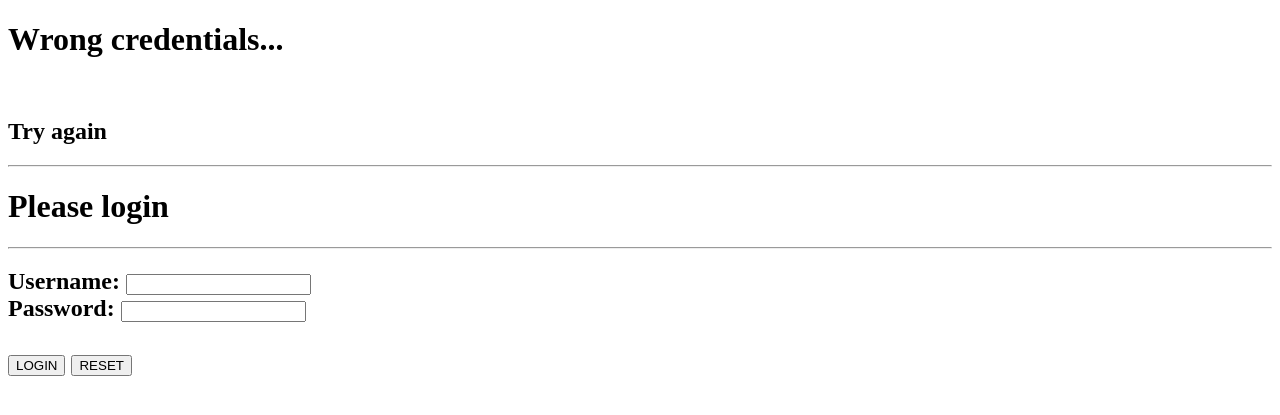
Repository: adityaram1987/git-repos
Page: http://localhost/AssignmentWebPage/validating
The author's editor kept a copy of each file at every save. The page is drawn from the files as they stood at one save, then again after the next save.
The browser window is 1280 px wide. The pictures show the whole page.
The page is served by Tomcat 9. Other server files are loaded and not shown. Queries for data that is not in the repository find no rows.

Above is the page before, as saved 2019-07-10 11:56:58.

### eclipse-workspace/AssignmentWebPage/WebContent/relogin.jsp
<%@ page language="java" contentType="text/html; charset=ISO-8859-1"
    pageEncoding="ISO-8859-1"%>
<!DOCTYPE html PUBLIC "-//W3C//DTD HTML 4.01 Transitional//EN" "http://www.w3.org/TR/html4/loose.dtd">
<html>
<head>
<meta http-equiv="Content-Type" content="text/html; charset=ISO-8859-1">
<title>Insert title here</title>
</head>
<body>
<h1> Wrong credentials...</h1><br>
<h2>Try again</h2>
<hr>
<%@include file="login.html" %>
</body>
</html>

### eclipse-workspace/AssignmentWebPage/WebContent/login.html
<!DOCTYPE html>
<html>
<head>
<meta charset="ISO-8859-1">
<title>Insert title here</title>
</head>
<body>
<h1>Please login</h1>
<hr>
<form action="validating" method="post">
<h2>
Username: <input type= "text" name="t1"><br>
Password: <input type= "password" name="t2"><br><br>
<input type="submit" name="b1" value="LOGIN">
<input type="reset" name="b2" value="RESET">
</h2>
</form>
</body>
</html>

### eclipse-workspace/AssignmentWebPage/src/com/VerifyServlet.java
package com;

import java.io.IOException;

import javax.servlet.RequestDispatcher;
import javax.servlet.ServletException;
import javax.servlet.http.HttpServlet;
import javax.servlet.http.HttpServletRequest;
import javax.servlet.http.HttpServletResponse;


public class VerifyServlet extends HttpServlet {
	private static final long serialVersionUID = 1L;


    public VerifyServlet() {
        super();
    }

	protected void doGet(HttpServletRequest request, HttpServletResponse response) throws ServletException, IOException {
		String name= request.getParameter("t1");
		String pwd= request.getParameter("t2");

		//PrintWriter out= response.getWriter();
		VerifyBean vb = new VerifyBean();
		boolean status = vb.verify(name, pwd);
		if(status==true) {
			RequestDispatcher rd = request.getRequestDispatcher("verified.jsp");
			rd.forward(request, response);
		}
		else {
			RequestDispatcher rd = request.getRequestDispatcher("relogin.jsp");
			rd.forward(request, response);
		}
	}

	protected void doPost(HttpServletRequest request, HttpServletResponse response) throws ServletException, IOException {
		doGet(request, response);
	}

}

### eclipse-workspace/AssignmentWebPage/src/com/VerifyBean.java
package com;
import java.sql.Connection;
import java.sql.DriverManager;
import java.sql.ResultSet;
import java.sql.Statement;

public class VerifyBean {
	private String name;
	private String pswrd;
	public boolean verify(String name, String pswrd){
		try
		{
			this.name= name;
			this.pswrd = pswrd;
			Class.forName("com.mysql.jdbc.Driver");
			Connection con = DriverManager.getConnection("jdbc:mysql://localhost:3306/db", "root", "Sapient123");
			Statement stmt = con.createStatement();
			//stmt.executeUpdate("update emp set age= age+1");
			ResultSet rs= stmt.executeQuery("select * from loginDetails");
			while(rs.next()) {
				if(rs.getString(1).equals(name) && rs.getString(2).equals(pswrd)) {

					return true;
				}

			}
			rs.close();
			stmt.close();
			con.close();

			return false;
		}
		catch(Exception e)
		{
			System.out.println(e);
			return false;
		}
	}
}

After the next save:
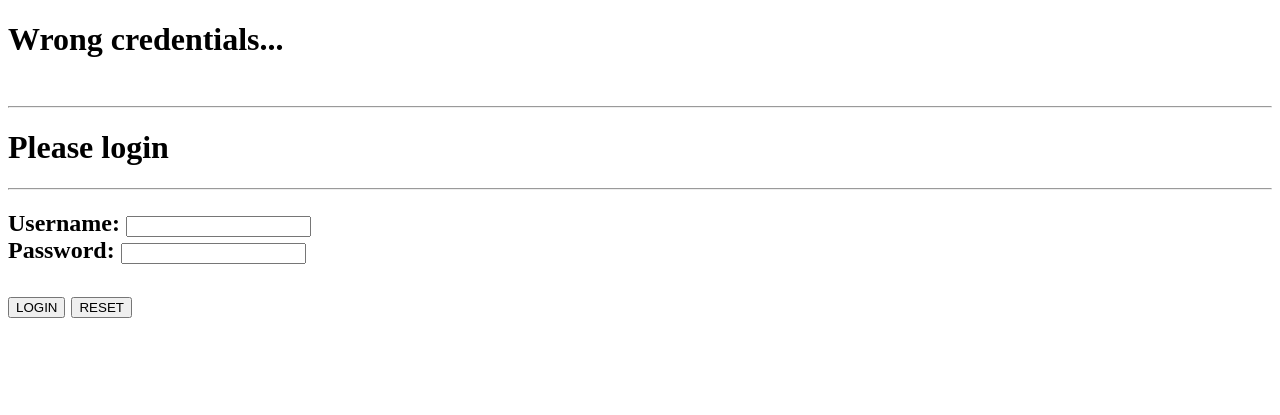
Saved 54 s later.
--- a/eclipse-workspace/AssignmentWebPage/WebContent/relogin.jsp
+++ b/eclipse-workspace/AssignmentWebPage/WebContent/relogin.jsp
@@ -8,7 +8,7 @@
 </head>
 <body>
 <h1> Wrong credentials...</h1><br>
-<h2>Try again</h2>
+
 <hr>
 <%@include file="login.html" %>
 </body>
